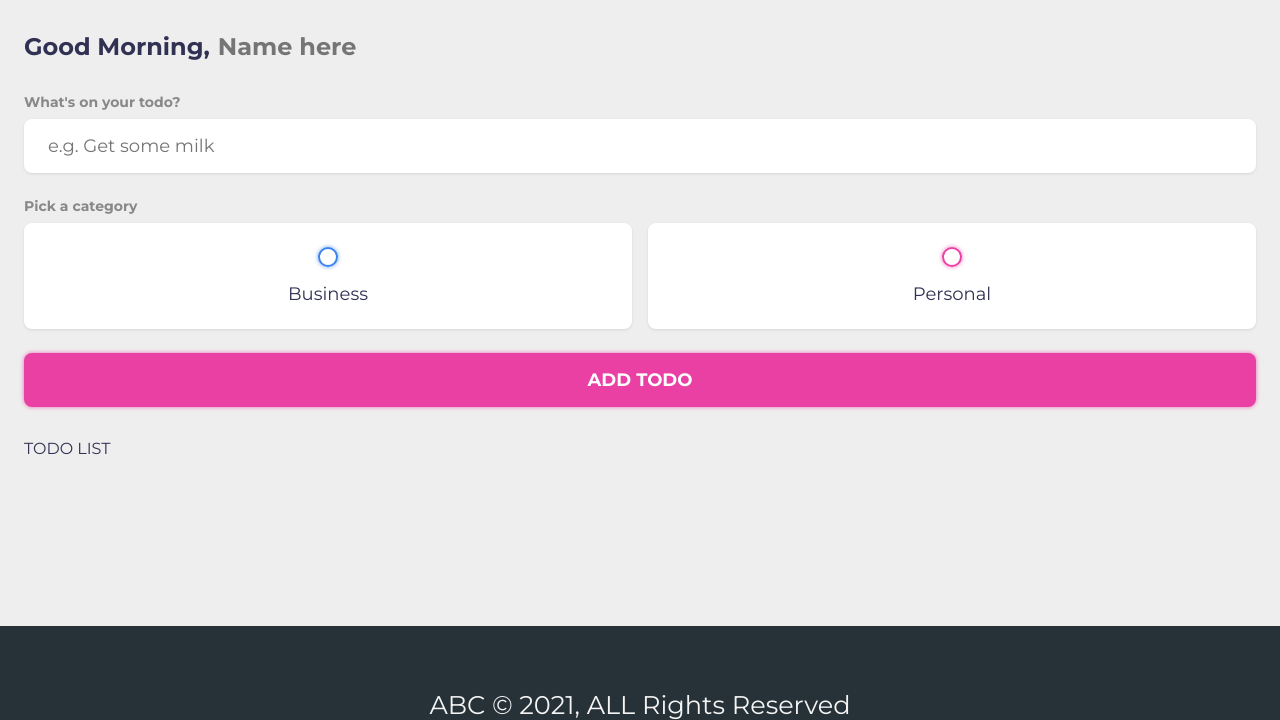
Repository: kluivert-ssali/kaDo_final
Page: index.html
The author's editor kept a copy of each file at every save. The page is drawn from the files as they stood at one save, then again after the next save.
The browser window is 1280 px wide. The pictures show the whole page.
Some web libraries are served in a nearby version.

Above is the page before, as saved 2023-06-11 21:14:54.

### index.html
<!DOCTYPE html>
<html lang="en">
  <head>
    <meta charset="UTF-8" />
    <meta http-equiv="X-UA-Compatible" content="IE=edge" />
    <meta name="viewport" content="width=device-width, initial-scale=1.0" />
    <title>KaDo</title>
    <!-- CSS Import -->
    <link rel="stylesheet" href="main.css" />
    <!-- End of CSS Import -->
    <!-- Fonts -->
    <link rel="preconnect" href="https://fonts.googleapis.com" />
    <link rel="preconnect" href="https://fonts.gstatic.com" crossorigin />
    <link
      href="https://fonts.googleapis.com/css2?family=Fira+Sans:ital,wght@0,400;0,700;0,900;1,400&family=Montserrat:ital,wght@0,400;0,700;0,900;1,400&display=swap"
      rel="stylesheet"
    />
    <!-- End of Fonts -->
  </head>
  <body>
    <script src="https://ajax.googleapis.com/ajax/libs/jquery/2.1.1/jquery.min.js"></script>
    <!-- App Wrapper -->
    <main class="app">
      <!-- Greeting -->
      <h class="day-message"></h>
      <section class="greeting">
        <h2 class="title">
          <span class="day-message"></span>,<input
            type="text"
            id="name"
            placeholder="Name here"
          />
        </h2>
      </section>
      <!-- End of Greeting -->

      <!-- New Todo -->
      <section class="create-todo">
        <form id="new-todo-form">
          <h4>What's on your todo?</h4>
          <input
            type="text"
            placeholder="e.g. Get some milk"
            name="content"
            id="content"
          />

          <h4>Pick a category</h4>
          <div class="options">
            <label>
              <input
                type="radio"
                name="category"
                id="category1"
                value="business"
              />
              <span class="bubble business"></span>
              <div>Business</div>
            </label>
            <label>
              <input
                type="radio"
                name="category"
                id="category2"
                value="personal"
              />
              <span class="bubble personal"></span>
              <div>Personal</div>
            </label>
          </div>

          <input type="submit" value="Add todo" />
        </form>
      </section>
      <!-- End of New Todo -->

      <!-- Todo List -->
      <section class="todo-list">
        <h3>TODO LIST</h3>
        <div class="list" id="todo-list"></div>
      </section>
      <!-- End of Todo List -->
    </main>
    <!-- End of App Wrapper -->

    <!-- JS Import -->
    <script src="main.js"></script>
    <!-- End of JS Import -->
    <footer class="footer">
      <div class="icons">
        <a href="#"><i class="fab fa-facebook"></i></a>
        <a href="#"><i class="fab fa-linkedin"></i></a>
        <a href="#"><i class="fab fa-instagram"></i></a>
        <a href="#"><i class="fab fa-twitter"></i></a>
        <p class="company-name">ABC &copy; 2021, ALL Rights Reserved</p>
      </div>
    </footer>
  </body>
</html>

### main.css
/* Variables */
:root {
	--primary: #EA40A4;
	--business: #3a82ee;
	--personal: var(--primary);
	--light: #EEE;
	--grey: #888;
	--dark: #313154;
	--danger: #ff5b57;

	--shadow: 0 1px 3px rgba(0, 0, 0, 0.1);

	--business-glow: 0px 0px 4px rgba(58, 130, 238, 0.75);
	--personal-glow: 0px 0px 4px rgba(234, 64, 164, 0.75);
}
/* End of Variables */

/* Resets */
* {
	margin: 0;
	padding: 0;
	box-sizing: border-box;
	font-family: 'montserrat', sans-serif;
}

input:not([type="radio"]):not([type="checkbox"]), button {
	appearance: none;
	border: none;
	outline: none;
	background: none;
	cursor: initial;
}
/* End of Resets */

body {
	background: var(--light);
	color: var(--dark);
}

section {
	margin-top: 2rem;
	margin-bottom: 2rem;
	padding-left: 1.5rem;
	padding-right: 1.5rem;
}

h3 {
	color: var(--dark);
	font-size: 1rem;
	font-weight: 400;
	margin-bottom: 0.5rem;
}

h4 {
	color: var(--grey);
	font-size: 0.875rem;
	font-weight: 700;
	margin-bottom: 0.5rem;
}

.greeting .title {
	display: flex;
}

.greeting .title input {
	margin-left: 0.5rem;
	flex: 1 1 0%;
	min-width: 0;
}

.greeting .title,
.greeting .title input {
	color: var(--dark);
	font-size: 1.5rem;
	font-weight: 700;
}

.create-todo input[type="text"] {
	display: block;
	width: 100%;
	font-size: 1.125rem;
	padding: 1rem 1.5rem;
	color: var(--dark);
	background-color: #FFF;
	border-radius: 0.5rem;
	box-shadow: var(--shadow);
	margin-bottom: 1.5rem;
}

.create-todo .options {
	display: grid;
	grid-template-columns: repeat(2, 1fr);
	grid-gap: 1rem;
	margin-bottom: 1.5rem;
}

.create-todo .options label {
	display: flex;
	flex-direction: column;
	align-items: center;
	justify-content: center;
	background-color: #FFF;
	padding: 1.5rem;
	box-shadow: var(--shadow);
	border-radius: 0.5rem;
	cursor: pointer;
}

input[type="radio"],
input[type="checkbox"] {
	display: none;
}

.bubble {
	display: flex;
	align-items: center;
	justify-content: center;
	width: 20px;
	height: 20px;
	border-radius: 999px;
	border: 2px solid var(--business);
	box-shadow: var(--business-glow);
}

.bubble.personal {
	border-color: var(--personal);
	box-shadow: var(--personal-glow);
}

.bubble::after {
	content: '';
	display: block;
	opacity: 0;
	width: 0px;
	height: 0px;
	background-color: var(--business);
	box-shadow: var(--business-glow);
	border-radius: 999px;
	transition: 0.2s ease-in-out;
}

.bubble.personal::after {
	background-color: var(--personal);
	box-shadow: var(--personal-glow);
}

input:checked ~ .bubble::after {
	width: 10px;
	height: 10px;
	opacity: 1;
}

.create-todo .options label div {
	color: var(--dark);
	font-size: 1.125rem;
	margin-top: 1rem;
}

.create-todo input[type="submit"] {
	display: block;
	width: 100%;
	font-size: 1.125rem;
	padding: 1rem 1.5rem;
	color: #FFF;
	font-weight: 700;
	text-transform: uppercase;
	background-color: var(--primary);
	box-shadow: var(--personal-glow);
	border-radius: 0.5rem;
	cursor: pointer;
	transition: 0.2s ease-out;
}

.create-todo input[type="submit"]:hover {
	opacity: 0.75;
}

.todo-list .list {
	margin: 1rem 0;
}

.todo-list .todo-item {
	display: flex;
	align-items: center;
	background-color: #FFF;
	padding: 1rem;
	border-radius: 0.5rem;
	box-shadow: var(--shadow);
	margin-bottom: 1rem;
}

.todo-item label {
	display: block;
	margin-right: 1rem;
	cursor: pointer;
}

.todo-item .todo-content {
	flex: 1 1 0%;
}

.todo-item .todo-content input {
	color: var(--dark);
	font-size: 1.125rem;
}

.todo-item .actions {
	display: flex;
	align-items: center;
}

.todo-item .actions button {
	display: block;
	padding: 0.5rem;
	border-radius: 0.25rem;
	color: #FFF;
	cursor: pointer;
	transition: 0.2s ease-in-out;
}

.todo-item .actions button:hover {
	opacity: 0.75;
}

.todo-item .actions .edit {
	margin-right: 0.5rem;
	background-color: var(--primary);
}

.todo-item .actions .delete {
	background-color: var(--danger);
}

.todo-item.done .todo-content input {
	text-decoration: line-through;
	color: var(--grey);
}
/* footer */
.footer{
    position: fixed;
    bottom: 0;
    left: 0;
    width: 100%;
    background: #263238;
    text-align: center;
    color: #f4f4f4;
}

.icons{
    padding-top: 1rem;
}

.icons a{
    text-decoration: none;
    font-size: 2rem;
    margin: 0.5rem;
    color: #f4f4f4;
}

.company-name{
    font-size: 1.6rem;
    margin-top: 0.5rem;
}

@media (max-width: 500px){
    html{
        font-size: 50%;
    }
}

@media(min-width: 501px) and (max-width: 768px){
    html{
    font-size: 50%;
    }
}

### main.js
// good morning function
$(document).ready(function() {
	function dateTime() {
	  var ndate = new Date();
	  var hours = ndate.getHours();
	  var message = hours < 12 ? 'Good Morning' : hours < 18 ? 'Good Afternoon' : 'Good Evening';
	  $("span.day-message").text(message);

	  $('.date').html(hours.leadingZeroes(2) + ":" + ndate.getMinutes().leadingZeroes(2) + ":" + ndate.getSeconds().leadingZeroes(2) + (hours < 12 ? 'AM' : 'PM'));
	}

	setInterval(dateTime, 1000);
  });

  Number.prototype.leadingZeroes = function(len) {
	return (new Array(len).fill('0', 0).join('') + this).slice(-Math.abs(len));
  }
//   End of good morning furn



window.addEventListener('load', () => {
	todos = JSON.parse(localStorage.getItem('todos')) || [];
	const nameInput = document.querySelector('#name');
	const newTodoForm = document.querySelector('#new-todo-form');

	const username = localStorage.getItem('username') || '';

	nameInput.value = username;

	nameInput.addEventListener('change', (e) => {
		localStorage.setItem('username', e.target.value);
	})

	newTodoForm.addEventListener('submit', e => {
		e.preventDefault();

		const todo = {
			content: e.target.elements.content.value,
			category: e.target.elements.category.value,
			done: false,
			createdAt: new Date().getTime()
		}

		todos.push(todo);

		localStorage.setItem('todos', JSON.stringify(todos));

		// Reset the form
		e.target.reset();

		DisplayTodos()
	})

	DisplayTodos()
})

function DisplayTodos () {
	const todoList = document.querySelector('#todo-list');
	todoList.innerHTML = "";

	todos.forEach(todo => {
		const todoItem = document.createElement('div');
		todoItem.classList.add('todo-item');

		const label = document.createElement('label');
		const input = document.createElement('input');
		const span = document.createElement('span');
		const content = document.createElement('div');
		const actions = document.createElement('div');
		const edit = document.createElement('button');
		const deleteButton = document.createElement('button');

		input.type = 'checkbox';
		input.checked = todo.done;
		span.classList.add('bubble');
		if (todo.category == 'personal') {
			span.classList.add('personal');
		} else {
			span.classList.add('business');
		}
		content.classList.add('todo-content');
		actions.classList.add('actions');
		edit.classList.add('edit');
		deleteButton.classList.add('delete');

		content.innerHTML = `<input type="text" value="${todo.content}" readonly>`;
		edit.innerHTML = 'Edit';
		deleteButton.innerHTML = 'Delete';

		label.appendChild(input);
		label.appendChild(span);
		actions.appendChild(edit);
		actions.appendChild(deleteButton);
		todoItem.appendChild(label);
		todoItem.appendChild(content);
		todoItem.appendChild(actions);

		todoList.appendChild(todoItem);

		if (todo.done) {
			todoItem.classList.add('done');
		}

		input.addEventListener('change', (e) => {
			todo.done = e.target.checked;
			localStorage.setItem('todos', JSON.stringify(todos));

			if (todo.done) {
				todoItem.classList.add('done');
			} else {
				todoItem.classList.remove('done');
			}

			DisplayTodos()

		})

		edit.addEventListener('click', (e) => {
			const input = content.querySelector('input');
			input.removeAttribute('readonly');
			input.focus();
			input.addEventListener('blur', (e) => {
				input.setAttribute('readonly', true);
				todo.content = e.target.value;
				localStorage.setItem('todos', JSON.stringify(todos));
				DisplayTodos()

			})
		})

		deleteButton.addEventListener('click', (e) => {
			todos = todos.filter(t => t != todo);
			localStorage.setItem('todos', JSON.stringify(todos));
			DisplayTodos()
		})

	})
}

After the next save:
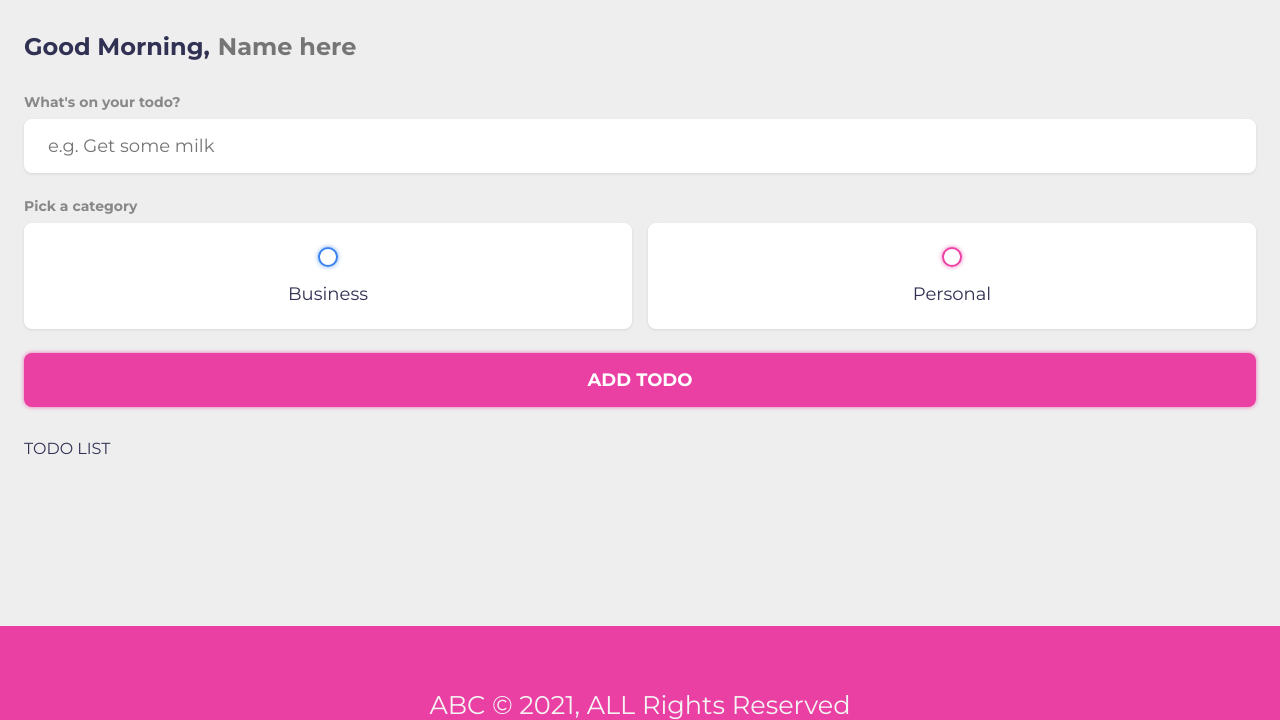
Saved 4 min 2 s later.
--- a/main.css
+++ b/main.css
@@ -241,7 +241,7 @@ input:checked ~ .bubble::after {
     bottom: 0;
     left: 0;
     width: 100%;
-    background: #263238;
+    background: #EA40A4;
     text-align: center;
     color: #f4f4f4;
 }
